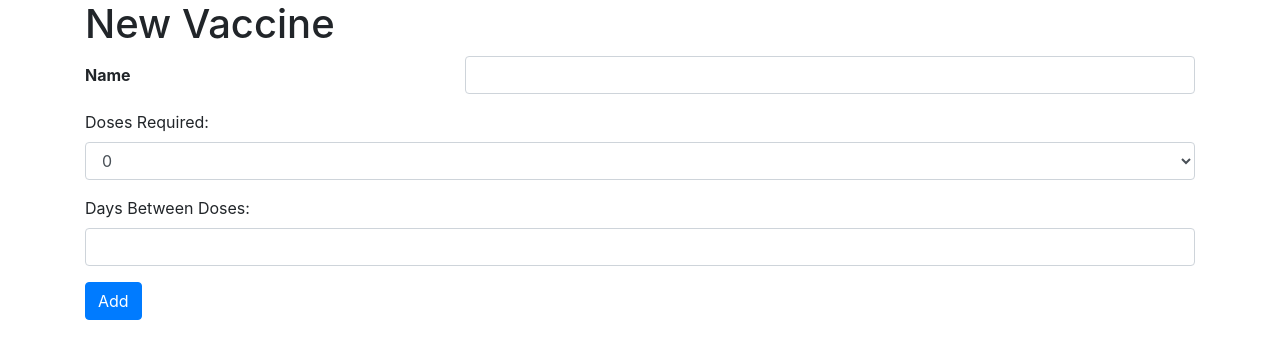
Repository: Thangtran1100/School-Stuff
Page: http://localhost/lab9/NewVaccine
The author's editor kept a copy of each file at every save. The page is drawn from the files as they stood at one save, then again after the next save.
The browser window is 1280 px wide. The pictures show the whole page.
The page is served by Tomcat 9. Other server files are loaded and not shown.

Above is the page before, as saved 2023-03-27 22:50:47.

### Spring 2023/CS3220/Assignments/3220-Lab9-App/lab9/src/main/webapp/NewVaccine.jsp
<%@ page language="java" contentType="text/html; charset=UTF-8"
	pageEncoding="UTF-8"%>
<!DOCTYPE html>
<html>
<head>
<meta charset="UTF-8">
<title>New Vaccine</title>

<link rel="stylesheet"
	href="https://maxcdn.bootstrapcdn.com/bootstrap/4.0.0/css/bootstrap.min.css">
</head>
<body>
	<div class="container">
		<h1>New Vaccine</h1>
		<form action="NewVaccine" method="post">

			<div class="form-group row">
				<label for="name"
					class="col-lg-4 font-weight-bold col-form-label control-label">Name</label>
				<div class="col-lg-8">
					<input type="text" name="name" class="form-control" id="name">
				</div>
			</div>
			<div class="form-group">
				<label for="dose">Doses Required:</label> <select name="dose"
					class="form-control" id="dose">
					<option value="0">0</option>
					<option value="1">1</option>
					<option value="2">2</option>
				</select>
			</div>
			<div class="form-group">
				<label for="days">Days Between Doses:</label> <input type="text"
					name="days" class="form-control" id="days">
			</div>
			<button type="submit" class="btn btn-primary">Add</button>
		</form>
	</div>
</body>
</html>

### Spring 2023/CS3220/Assignments/3220-Lab9-App/lab9/src/main/java/lab9/servlet/NewVaccine.java
package lab9.servlet;

import java.io.IOException;
import java.io.PrintWriter;
import java.util.List;

import javax.servlet.ServletException;
import javax.servlet.annotation.WebServlet;
import javax.servlet.http.HttpServlet;
import javax.servlet.http.HttpServletRequest;
import javax.servlet.http.HttpServletResponse;

import model.VaccineEntry;
import utilities.ServletUtilities;

/**
 * Servlet implementation class NewVaccine
 */
@WebServlet("/NewVaccine")
public class NewVaccine extends HttpServlet {
	private static final long serialVersionUID = 1L;

    /**
     * @see HttpServlet#HttpServlet()
     */
    public NewVaccine() {
        super();
        // TODO Auto-generated constructor stub
    }

	/**
	 * @see HttpServlet#doGet(HttpServletRequest request, HttpServletResponse response)
	 */
	protected void doGet(HttpServletRequest request, HttpServletResponse response) throws ServletException, IOException {
		// TODO Auto-generated method stub

		request.getRequestDispatcher("NewVaccine.jsp").forward(request, response);
	}

	/**
	 * @see HttpServlet#doPost(HttpServletRequest request, HttpServletResponse response)
	 */
	protected void doPost(HttpServletRequest request, HttpServletResponse response) throws ServletException, IOException {
		// TODO Auto-generated method stub

		String vaccine = request.getParameter( "name" );
        String doses = request.getParameter( "dose" );
        String days = request.getParameter( "days" );

        List<VaccineEntry> entries = ServletUtilities.getVaccineEntresFromServletContext(getServletContext());
        entries.add( new VaccineEntry( vaccine, doses, days, "0", "0" ));


        response.sendRedirect( "ListVaccine" );

	}

}

After the next save:
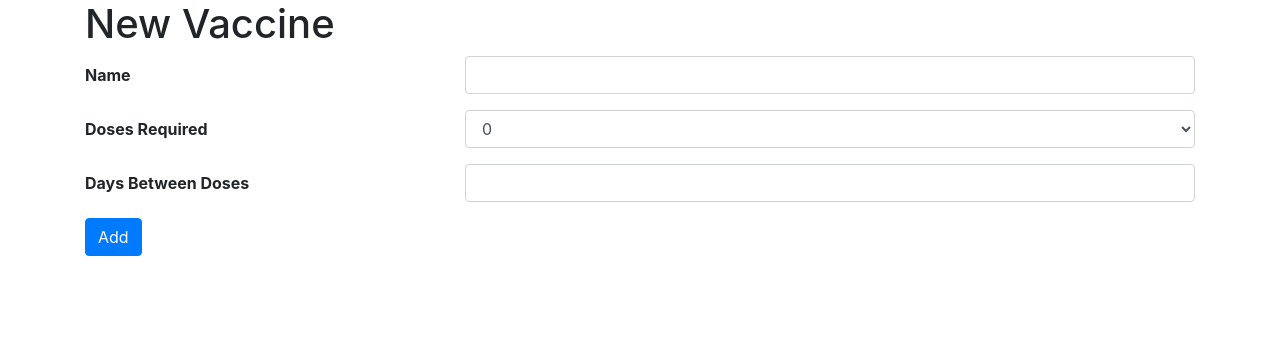
Saved 6 min 42 s later.
--- a/Spring 2023/CS3220/Assignments/3220-Lab9-App/lab9/src/main/webapp/NewVaccine.jsp
+++ b/Spring 2023/CS3220/Assignments/3220-Lab9-App/lab9/src/main/webapp/NewVaccine.jsp
@@ -21,18 +21,27 @@
 					<input type="text" name="name" class="form-control" id="name">
 				</div>
 			</div>
-			<div class="form-group">
-				<label for="dose">Doses Required:</label> <select name="dose"
-					class="form-control" id="dose">
+
+			<div class="form-group row">
+				<label for="dose"
+					class="col-lg-4 font-weight-bold col-form-label control-label">Doses Required</label>
+				<div class="col-lg-8">
+					<select name="dose" class="form-control" id="dose">
 					<option value="0">0</option>
 					<option value="1">1</option>
 					<option value="2">2</option>
 				</select>
+				</div>
 			</div>
-			<div class="form-group">
-				<label for="days">Days Between Doses:</label> <input type="text"
-					name="days" class="form-control" id="days">
+
+			<div class="form-group row">
+				<label for="dose"
+					class="col-lg-4 font-weight-bold col-form-label control-label">Days Between Doses</label>
+				<div class="col-lg-8">
+					<input type="text" name="days" class="form-control" id="days">
+				</div>
 			</div>
+
 			<button type="submit" class="btn btn-primary">Add</button>
 		</form>
 	</div>
